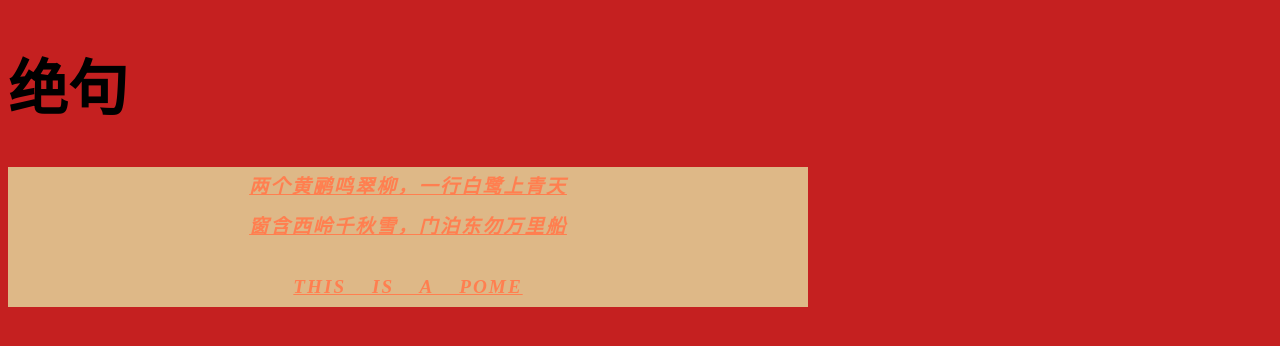
Repository: ljx1197678031/Wed-Design
Page: 01/3.html
The author's editor kept a copy of each file at every save. The page is drawn from the files as they stood at one save, then again after the next save.
The browser window is 1280 px wide. The pictures show the whole page.

Above is the page before, as saved 2020-06-01 22:48:32.

### 01/3.html
<!DOCTYPE html>
<html lang="en">
<head>
    <meta charset="UTF-8">
    <meta name="viewport" content="width=device-width, initial-scale=1.0">
    <title>Document</title>
    <style>
        h1{
            font-family: "仿宋";
            font-size: 60px;
        }
        p{
            font-family: "微软雅黑";
            font-size: larger;
            font-style: italic;
            font-weight: bolder;
            color: coral;
            letter-spacing:2px;/*定义字与字之间的距离*/
            word-spacing: 1em;/*定义字与字之间的空格的距离(英文)*/
            text-decoration:underline;
            text-align: center;
            text-transform: uppercase;
            line-height: 40px;
            /*background-image: url(../img/1.jpg);*/
        }
        body{
            background-color:rgb(197, 32, 32);
        }
        #pome{
            background-repeat: no-repeat;
            background-color: burlywood;
            width: 800px;
        }
    </style>
</head>
<body>
    <h1>绝句</h1>
    <div id="pome">
    <p>两个黄鹂鸣翠柳，一行白鹭上青天
    <br/>窗含西岭千秋雪，门泊东勿万里船
    </p>
    <P>this is a pome</P>
    </div>
</body>
</html>

After the next save:
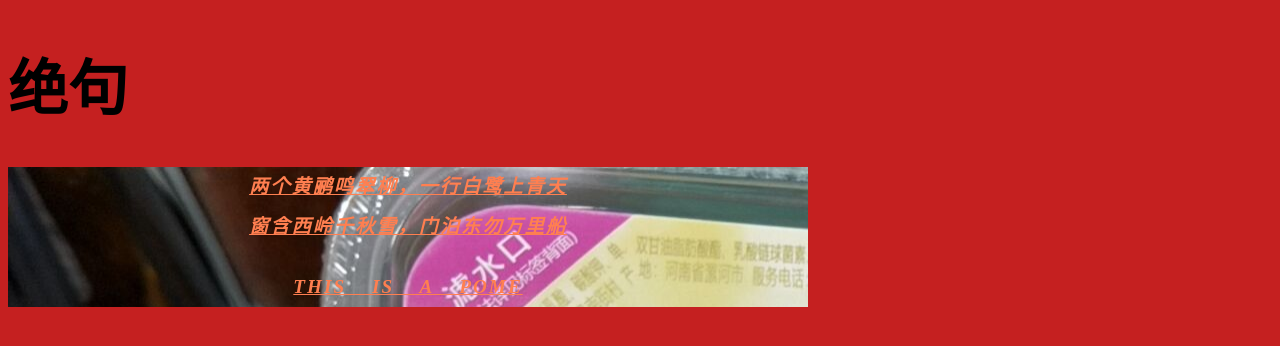
Saved 19 s later.
--- a/01/3.html
+++ b/01/3.html
@@ -27,6 +27,7 @@
             background-color:rgb(197, 32, 32);
         }
         #pome{
+            background-image: url(../img/1.jpg);
             background-repeat: no-repeat;
             background-color: burlywood;
             width: 800px;
